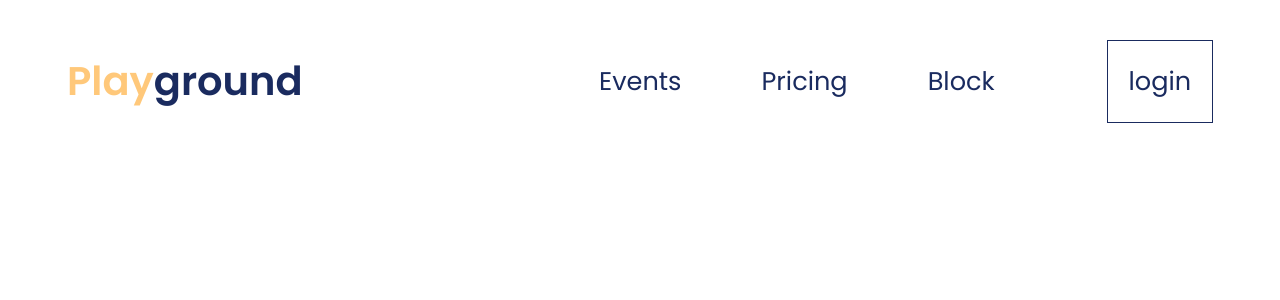
Repository: tuanpham-aptech/front-end
Page: psdtohtml/playgroud/index.html
These files come from the project's save history. The page is drawn as it stood at one moment and after the next save; the edit follows.
The browser window is 1280 px wide. The pictures show the whole page.
Some web libraries are served in a nearby version.

Above is the page before, as saved 2021-10-13 17:28:53.

After the next save:
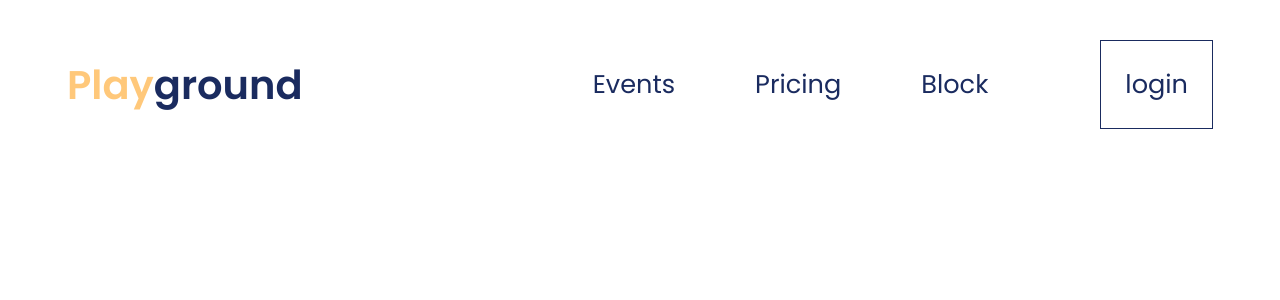
Saved 59 s later.
--- a/psdtohtml/playgroud/assets/css/style.css
+++ b/psdtohtml/playgroud/assets/css/style.css
@@ -54,7 +54,7 @@
 }
 
 .header__login {
-    padding: 1.3rem;
+    padding: 1.5rem;
     display: inline-block;
     border: 1px solid;
 }
